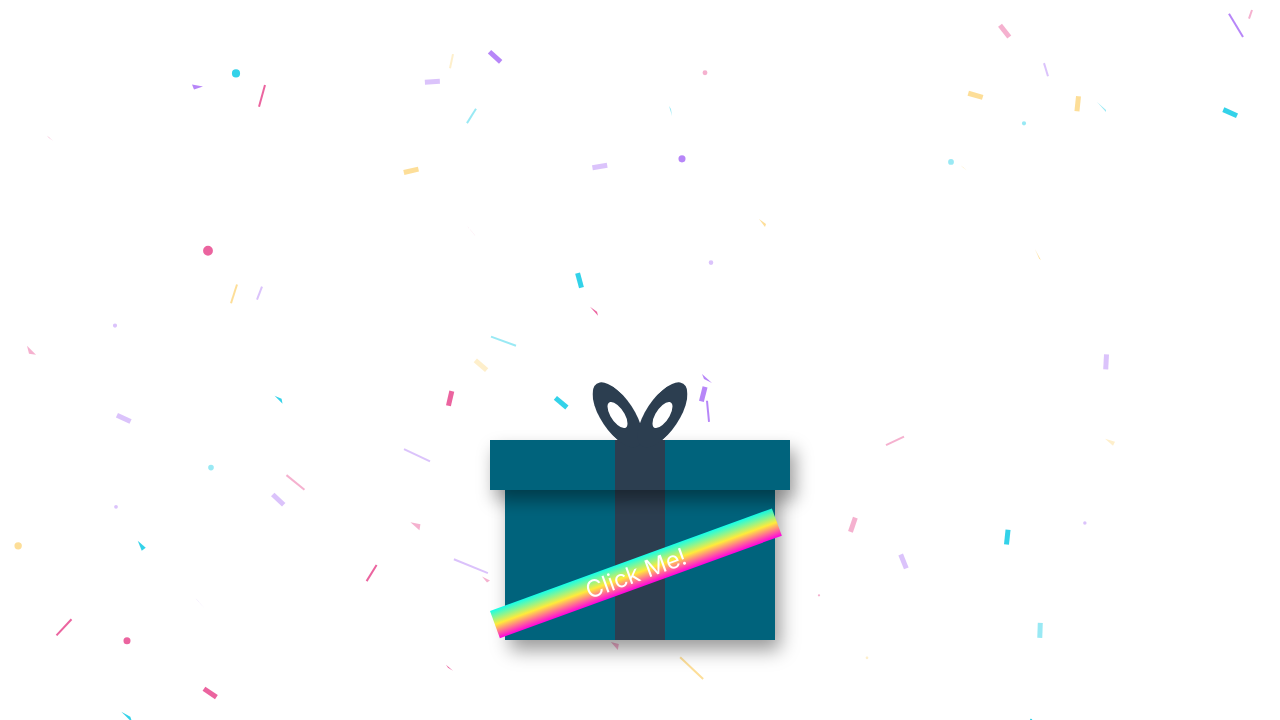
Repository: trongnghia161001/birth_day
Page: index.html
These files come from the project's save history. The page is drawn as it stood at one moment and after the next save; the edit follows.
The browser window is 1280 px wide. The pictures show the whole page.

Above is the page before, as saved 2022-11-14 22:06:15.

### index.html
<!DOCTYPE html>
<html>

<head>
  <meta charset="utf-8" />
  <meta name="viewport" content="width=device-width" />
  <title>Happy Birthday!</title>

  <link rel="stylesheet" href="styles/flexbox-center-container.css" media="all">
  <link rel="stylesheet" href="styles/system-fonts.css" media="all">
  <link rel="stylesheet" href="styles/style.css" media="all">
</head>

<body>
  <canvas id=c></canvas>
  <canvas id="confetti"></canvas>
  <div class="container" id="count">
    <h1 id="head">Countdown to your birthday:</h1>
    <ul>
      <li><span id="day"></span>days</li>
      <li><span id="hour"></span>hours</li>
      <li><span id="minute"></span>minutes</li>
      <li><span id="second"></span>seconds</li>
    </ul>
  </div>
  <div id="merrywrap" class="merrywrap">
    <canvas id="snowfall"></canvas>
    <div class="giftbox">
      <div class="cover">
        <div></div>
      </div>
      <div class="box"></div>
    </div>
</body>
<script src="scripts/confetti.min.js" charset="utf-8"></script>
<script src="scripts/index.js" charset="utf-8"></script>

</html>

### styles/style.css
* {
  box-sizing: border-box;
  margin: 0;
  padding: 0;
}
canvas {
  position: absolute;
  top: 0;
  left: 0;
}
body {
  background: #ffffff;
  overflow: hidden;
}
.container {
  color: rgba(55, 59, 65, 0.8);
  font-family: Helvetica, sans-serif;
  font-weight: lighter;
  text-align: center;
}

h1 {
  font-weight: normal;
}
li {
  display: inline-block;
  font-size: 1.5em;
  list-style-type: none;
  padding: 1em;
  text-transform: uppercase;
}
li span {
  display: block;
  font-size: 4.5rem;
}
.merrywrap {
  position: absolute;
  right: 40px;
  left: 40px;
  bottom: 80px;
  top: 40px;
}
.giftbox {
  position: absolute;
  width: 300px;
  height: 200px;
  left: 50%;
  margin-left: -150px;
  bottom: 0;
  z-index: 10;
}


.giftbox > div {
  background: rgb(0, 99, 124);
  position: absolute;
  box-shadow: 5px 10px 18px rgba(0, 0, 0, 0.4);
}

.giftbox:hover > div {
  box-shadow: none;
  transition: 1s all;
}

.giftbox > div:after, .giftbox > div:before {
  position: absolute;
  content: "";
  top: 0;
}
.giftbox:after {
  position: absolute;
  color: #fff;
  width: 100%;
  content: "Click Me!";
  left: 0;
  bottom: 0;
  font-size: 24px;
  text-align: center;
  transform: rotate(-20deg);
  transform-origin: 0 0;
  background: linear-gradient(#14ffe9, #ffeb3b, #ff00e0);
}
.giftbox .cover {
  width: 100%;
  top: 0;
  left: 0;
  height: 25%;
  z-index: 2;
}
.giftbox .cover:before {
  position: absolute;
  height: 100%;
  left: 50%;
  width: 50px;
  transform: translateX(-50%);
  background: #2C3E50;
}
.giftbox .cover > div {
  position: absolute;
  width: 50px;
  height: 50px;
  left: 50%;
  top: -50px;
  transform: translateX(-50%);
}
.giftbox .cover > div:before, .giftbox .cover > div:after {
  position: absolute;
  left: 0;
  top: 0;
  width: 100%;
  height: 100%;
  content: "";
  box-shadow: inset 0 0 0 15px #2C3E50;
  border-radius: 30px;
  transform-origin: 50% 100%;
}
.giftbox .cover > div:before {
  transform: translateX(-45%) skewY(40deg);
}
.giftbox .cover > div:after {
  transform: translateX(45%) skewY(-40deg);
}
.giftbox .box {
  right: 5%;
  left: 5%;
  height: 80%;
  bottom: 0;
}
.giftbox .box:before {
  width: 50px;
  height: 100%;
  left: 50%;
  transform: translateX(-50%);
  background: #2C3E50;
}
.giftbox .box:after {
  width: 100%;
  height: 30px;
  background: rgba(0, 0, 0, 0);
}
.step-1 .giftbox {
  animation: wobble 0.5s linear infinite forwards;
}
.step-1 .cover {
  animation: wobble 0.5s linear infinite 5s forwards;
}
.step-1 .icons .row span {
  opacity: 1;
}
.step-2 .giftbox:after {
  opacity: 0;
}
.step-3 .giftbox, .step-4 .giftbox {
  opacity: 0;
  z-index: 1;
}
.step-3 .giftbox:after, .step-4 .giftbox:after {
  opacity: 0;
}
.step-2 .giftbox .cover {
  animation: flyUp 2s ease-in forwards;
}
.step-2 .giftbox .box {
  animation: flyDown 2s ease-in 0.05s forwards;
}
@keyframes wobble {
  25% {
      transform: rotate(4deg);
 }
  75% {
      transform: rotate(-2deg);
 }
}
@keyframes flyUp {
  75% {
      opacity: 1;
 }
  100% {
      transform: translateY(-1000px) rotate(20deg);
      opacity: 0;
 }
}
@keyframes flyDown {
  75% {
      opacity: 1;
 }
  100% {
      transform: translateY(100%);
      opacity: 0;
 }
}

### scripts/index.js
const count = document.getElementById('count');
const head = document.getElementById('head');
const giftbox = document.getElementById('merrywrap');
const canvasC = document.getElementById('c');

const config = {
  birthdate: 'Jan 29, 2020',
  name: 'Darlene'
};

function hideEverything() {
  head.style.display = 'none';
  count.style.display = 'none';
  giftbox.style.display = 'none';
  canvasC.style.display = 'none';
}

hideEverything();

const confettiSettings = { target: 'confetti' };
const confetti = new window.ConfettiGenerator(confettiSettings);
confetti.render();

const second = 1000,
  minute = second * 60,
  hour = minute * 60,
  day = hour * 24;

let countDown = new Date(`${config.birthdate} 00:00:00`).getTime();
x = setInterval(function() {
  let now = new Date().getTime(),
    distance = countDown - now;

  document.getElementById('day').innerText = Math.floor(distance / day);
  document.getElementById('hour').innerText = Math.floor(
    (distance % day) / hour
  );
  document.getElementById('minute').innerText = Math.floor(
    (distance % hour) / minute
  );
  document.getElementById('second').innerText = Math.floor(
    (distance % minute) / second
  );

  let w = (c.width = window.innerWidth),
    h = (c.height = window.innerHeight),
    ctx = c.getContext('2d'),
    hw = w / 2, // half-width
    hh = h / 2,
    opts = {
      strings: ['HAPPY', 'BIRTHDAY!', config.name],
      charSize: 30,
      charSpacing: 35,
      lineHeight: 40,

      cx: w / 2,
      cy: h / 2,

      fireworkPrevPoints: 10,
      fireworkBaseLineWidth: 5,
      fireworkAddedLineWidth: 8,
      fireworkSpawnTime: 200,
      fireworkBaseReachTime: 30,
      fireworkAddedReachTime: 30,
      fireworkCircleBaseSize: 20,
      fireworkCircleAddedSize: 10,
      fireworkCircleBaseTime: 30,
      fireworkCircleAddedTime: 30,
      fireworkCircleFadeBaseTime: 10,
      fireworkCircleFadeAddedTime: 5,
      fireworkBaseShards: 5,
      fireworkAddedShards: 5,
      fireworkShardPrevPoints: 3,
      fireworkShardBaseVel: 4,
      fireworkShardAddedVel: 2,
      fireworkShardBaseSize: 3,
      fireworkShardAddedSize: 3,
      gravity: 0.1,
      upFlow: -0.1,
      letterContemplatingWaitTime: 360,
      balloonSpawnTime: 20,
      balloonBaseInflateTime: 10,
      balloonAddedInflateTime: 10,
      balloonBaseSize: 20,
      balloonAddedSize: 20,
      balloonBaseVel: 0.4,
      balloonAddedVel: 0.4,
      balloonBaseRadian: -(Math.PI / 2 - 0.5),
      balloonAddedRadian: -1
    },
    calc = {
      totalWidth:
        opts.charSpacing *
        Math.max(opts.strings[0].length, opts.strings[1].length)
    },
    Tau = Math.PI * 2,
    TauQuarter = Tau / 4,
    letters = [];

  ctx.font = opts.charSize + 'px Verdana';

  function Letter(char, x, y) {
    this.char = char;
    this.x = x;
    this.y = y;

    this.dx = -ctx.measureText(char).width / 2;
    this.dy = +opts.charSize / 2;

    this.fireworkDy = this.y - hh;

    let hue = (x / calc.totalWidth) * 360;

    this.color = 'hsl(hue,80%,50%)'.replace('hue', hue);
    this.lightAlphaColor = 'hsla(hue,80%,light%,alp)'.replace('hue', hue);
    this.lightColor = 'hsl(hue,80%,light%)'.replace('hue', hue);
    this.alphaColor = 'hsla(hue,80%,50%,alp)'.replace('hue', hue);

    this.reset();
  }
  Letter.prototype.reset = function() {
    this.phase = 'firework';
    this.tick = 0;
    this.spawned = false;
    this.spawningTime = (opts.fireworkSpawnTime * Math.random()) | 0;
    this.reachTime =
      (opts.fireworkBaseReachTime +
        opts.fireworkAddedReachTime * Math.random()) |
      0;
    this.lineWidth =
      opts.fireworkBaseLineWidth + opts.fireworkAddedLineWidth * Math.random();
    this.prevPoints = [[0, hh, 0]];
  };
  Letter.prototype.step = function() {
    if (this.phase === 'firework') {
      if (!this.spawned) {
        ++this.tick;
        if (this.tick >= this.spawningTime) {
          this.tick = 0;
          this.spawned = true;
        }
      } else {
        ++this.tick;

        let linearProportion = this.tick / this.reachTime,
          armonicProportion = Math.sin(linearProportion * TauQuarter),
          x = linearProportion * this.x,
          y = hh + armonicProportion * this.fireworkDy;

        if (this.prevPoints.length > opts.fireworkPrevPoints)
          this.prevPoints.shift();

        this.prevPoints.push([x, y, linearProportion * this.lineWidth]);

        let lineWidthProportion = 1 / (this.prevPoints.length - 1);

        for (let i = 1; i < this.prevPoints.length; ++i) {
          let point = this.prevPoints[i],
            point2 = this.prevPoints[i - 1];

          ctx.strokeStyle = this.alphaColor.replace(
            'alp',
            i / this.prevPoints.length
          );
          ctx.lineWidth = point[2] * lineWidthProportion * i;
          ctx.beginPath();
          ctx.moveTo(point[0], point[1]);
          ctx.lineTo(point2[0], point2[1]);
          ctx.stroke();
        }

        if (this.tick >= this.reachTime) {
          this.phase = 'contemplate';

          this.circleFinalSize =
            opts.fireworkCircleBaseSize +
            opts.fireworkCircleAddedSize * Math.random();
          this.circleCompleteTime =
            (opts.fireworkCircleBaseTime +
              opts.fireworkCircleAddedTime * Math.random()) |
            0;
          this.circleCreating = true;
          this.circleFading = false;

          this.circleFadeTime =
            (opts.fireworkCircleFadeBaseTime +
              opts.fireworkCircleFadeAddedTime * Math.random()) |
            0;
          this.tick = 0;
          this.tick2 = 0;

          this.shards = [];

          let shardCount =
              (opts.fireworkBaseShards +
                opts.fireworkAddedShards * Math.random()) |
              0,
            angle = Tau / shardCount,
            cos = Math.cos(angle),
            sin = Math.sin(angle),
            x = 1,
            y = 0;

          for (let i = 0; i < shardCount; ++i) {
            let x1 = x;
            x = x * cos - y * sin;
            y = y * cos + x1 * sin;

            this.shards.push(new Shard(this.x, this.y, x, y, this.alphaColor));
          }
        }
      }
    } else if (this.phase === 'contemplate') {
      ++this.tick;

      if (this.circleCreating) {
        ++this.tick2;
        let proportion = this.tick2 / this.circleCompleteTime,
          armonic = -Math.cos(proportion * Math.PI) / 2 + 0.5;

        ctx.beginPath();
        ctx.fillStyle = this.lightAlphaColor
          .replace('light', 50 + 50 * proportion)
          .replace('alp', proportion);
        ctx.beginPath();
        ctx.arc(this.x, this.y, armonic * this.circleFinalSize, 0, Tau);
        ctx.fill();

        if (this.tick2 > this.circleCompleteTime) {
          this.tick2 = 0;
          this.circleCreating = false;
          this.circleFading = true;
        }
      } else if (this.circleFading) {
        ctx.fillStyle = this.lightColor.replace('light', 70);
        ctx.fillText(this.char, this.x + this.dx, this.y + this.dy);

        ++this.tick2;
        let proportion = this.tick2 / this.circleFadeTime,
          armonic = -Math.cos(proportion * Math.PI) / 2 + 0.5;

        ctx.beginPath();
        ctx.fillStyle = this.lightAlphaColor
          .replace('light', 100)
          .replace('alp', 1 - armonic);
        ctx.arc(this.x, this.y, this.circleFinalSize, 0, Tau);
        ctx.fill();

        if (this.tick2 >= this.circleFadeTime) this.circleFading = false;
      } else {
        ctx.fillStyle = this.lightColor.replace('light', 70);
        ctx.fillText(this.char, this.x + this.dx, this.y + this.dy);
      }

      for (let i = 0; i < this.shards.length; ++i) {
        this.shards[i].step();

        if (!this.shards[i].alive) {
          this.shards.splice(i, 1);
          --i;
        }
      }

      if (this.tick > opts.letterContemplatingWaitTime) {
        this.phase = 'balloon';

        this.tick = 0;
        this.spawning = true;
        this.spawnTime = (opts.balloonSpawnTime * Math.random()) | 0;
        this.inflating = false;
        this.inflateTime =
          (opts.balloonBaseInflateTime +
            opts.balloonAddedInflateTime * Math.random()) |
          0;
        this.size =
          (opts.balloonBaseSize + opts.balloonAddedSize * Math.random()) | 0;

        let rad =
            opts.balloonBaseRadian + opts.balloonAddedRadian * Math.random(),
          vel = opts.balloonBaseVel + opts.balloonAddedVel * Math.random();

        this.vx = Math.cos(rad) * vel;
        this.vy = Math.sin(rad) * vel;
      }
    } else if (this.phase === 'balloon') {
      ctx.strokeStyle = this.lightColor.replace('light', 80);

      if (this.spawning) {
        ++this.tick;
        ctx.fillStyle = this.lightColor.replace('light', 70);
        ctx.fillText(this.char, this.x + this.dx, this.y + this.dy);

        if (this.tick >= this.spawnTime) {
          this.tick = 0;
          this.spawning = false;
          this.inflating = true;
        }
      } else if (this.inflating) {
        ++this.tick;

        let proportion = this.tick / this.inflateTime,
          x = (this.cx = this.x),
          y = (this.cy = this.y - this.size * proportion);

        ctx.fillStyle = this.alphaColor.replace('alp', proportion);
        ctx.beginPath();
        generateBalloonPath(x, y, this.size * proportion);
        ctx.fill();

        ctx.beginPath();
        ctx.moveTo(x, y);
        ctx.lineTo(x, this.y);
        ctx.stroke();

        ctx.fillStyle = this.lightColor.replace('light', 70);
        ctx.fillText(this.char, this.x + this.dx, this.y + this.dy);

        if (this.tick >= this.inflateTime) {
          this.tick = 0;
          this.inflating = false;
        }
      } else {
        this.cx += this.vx;
        this.cy += this.vy += opts.upFlow;

        ctx.fillStyle = this.color;
        ctx.beginPath();
        generateBalloonPath(this.cx, this.cy, this.size);
        ctx.fill();

        ctx.beginPath();
        ctx.moveTo(this.cx, this.cy);
        ctx.lineTo(this.cx, this.cy + this.size);
        ctx.stroke();

        ctx.fillStyle = this.lightColor.replace('light', 70);
        ctx.fillText(
          this.char,
          this.cx + this.dx,
          this.cy + this.dy + this.size
        );

        if (this.cy + this.size < -hh || this.cx < -hw || this.cy > hw)
          this.phase = 'done';
      }
    }
  };

  function Shard(x, y, vx, vy, color) {
    let vel =
      opts.fireworkShardBaseVel + opts.fireworkShardAddedVel * Math.random();

    this.vx = vx * vel;
    this.vy = vy * vel;

    this.x = x;
    this.y = y;

    this.prevPoints = [[x, y]];
    this.color = color;

    this.alive = true;

    this.size =
      opts.fireworkShardBaseSize + opts.fireworkShardAddedSize * Math.random();
  }
  Shard.prototype.step = function() {
    this.x += this.vx;
    this.y += this.vy += opts.gravity;

    if (this.prevPoints.length > opts.fireworkShardPrevPoints)
      this.prevPoints.shift();

    this.prevPoints.push([this.x, this.y]);

    let lineWidthProportion = this.size / this.prevPoints.length;

    for (let k = 0; k < this.prevPoints.length - 1; ++k) {
      let point = this.prevPoints[k],
        point2 = this.prevPoints[k + 1];

      ctx.strokeStyle = this.color.replace('alp', k / this.prevPoints.length);
      ctx.lineWidth = k * lineWidthProportion;
      ctx.beginPath();
      ctx.moveTo(point[0], point[1]);
      ctx.lineTo(point2[0], point2[1]);
      ctx.stroke();
    }

    if (this.prevPoints[0][1] > hh) this.alive = false;
  };

  function generateBalloonPath(x, y, size) {
    ctx.moveTo(x, y);
    ctx.bezierCurveTo(
      x - size / 2,
      y - size / 2,
      x - size / 4,
      y - size,
      x,
      y - size
    );
    ctx.bezierCurveTo(x + size / 4, y - size, x + size / 2, y - size / 2, x, y);
  }

  function anim() {
    window.requestAnimationFrame(anim);

    ctx.fillStyle = '#fff';
    ctx.fillRect(0, 0, w, h);

    ctx.translate(hw, hh);

    let done = true;
    for (let l = 0; l < letters.length; ++l) {
      letters[l].step();
      if (letters[l].phase !== 'done') done = false;
    }

    ctx.translate(-hw, -hh);

    if (done) for (let l = 0; l < letters.length; ++l) letters[l].reset();
  }

  for (let i = 0; i < opts.strings.length; ++i) {
    for (let j = 0; j < opts.strings[i].length; ++j) {
      letters.push(
        new Letter(
          opts.strings[i][j],
          j * opts.charSpacing +
            opts.charSpacing / 2 -
            (opts.strings[i].length * opts.charSize) / 2,
          i * opts.lineHeight +
            opts.lineHeight / 2 -
            (opts.strings.length * opts.lineHeight) / 2
        )
      );
    }
  }

  window.addEventListener('resize', function() {
    w = c.width = window.innerWidth;
    h = c.height = window.innerHeight;

    hw = w / 2;
    hh = h / 2;

    ctx.font = opts.charSize + 'px Verdana';
  });

  if (distance > 0) {
    head.style.display = 'initial';
    count.style.display = 'initial';
  } else {
    head.style.display = 'none';
    count.style.display = 'none';
    giftbox.style.display = 'initial';
    clearInterval(x);
    let merrywrap = document.getElementById('merrywrap');
    let box = merrywrap.getElementsByClassName('giftbox')[0];
    let step = 1;
    let stepMinutes = [2000, 2000, 1000, 1000];

    function init() {
      box.addEventListener('click', openBox, false);
      box.addEventListener('click', showfireworks, false);
    }

    function stepClass(step) {
      merrywrap.className = 'merrywrap';
      merrywrap.className = 'merrywrap step-' + step;
    }

    function openBox() {
      if (step === 1) {
        box.removeEventListener('click', openBox, false);
      }
      stepClass(step);
      if (step === 3) {
      }
      if (step === 4) {
        return;
      }
      setTimeout(openBox, stepMinutes[step - 1]);
      step++;
      //   setTimeout(anim, 1900);
    }

    function showfireworks() {
      canvasC.style.display = 'initial';
      setTimeout(anim, 1500);
    }

    init();
  }

  // if (distance < 0) {
  //     clearInterval(x);
  //     console.log("happy birthday");
  // }
}, second);

Loaded but not shown: styles/flexbox-center-container.css (common file); styles/system-fonts.css (common file); scripts/confetti.min.js (library)

After the next save:
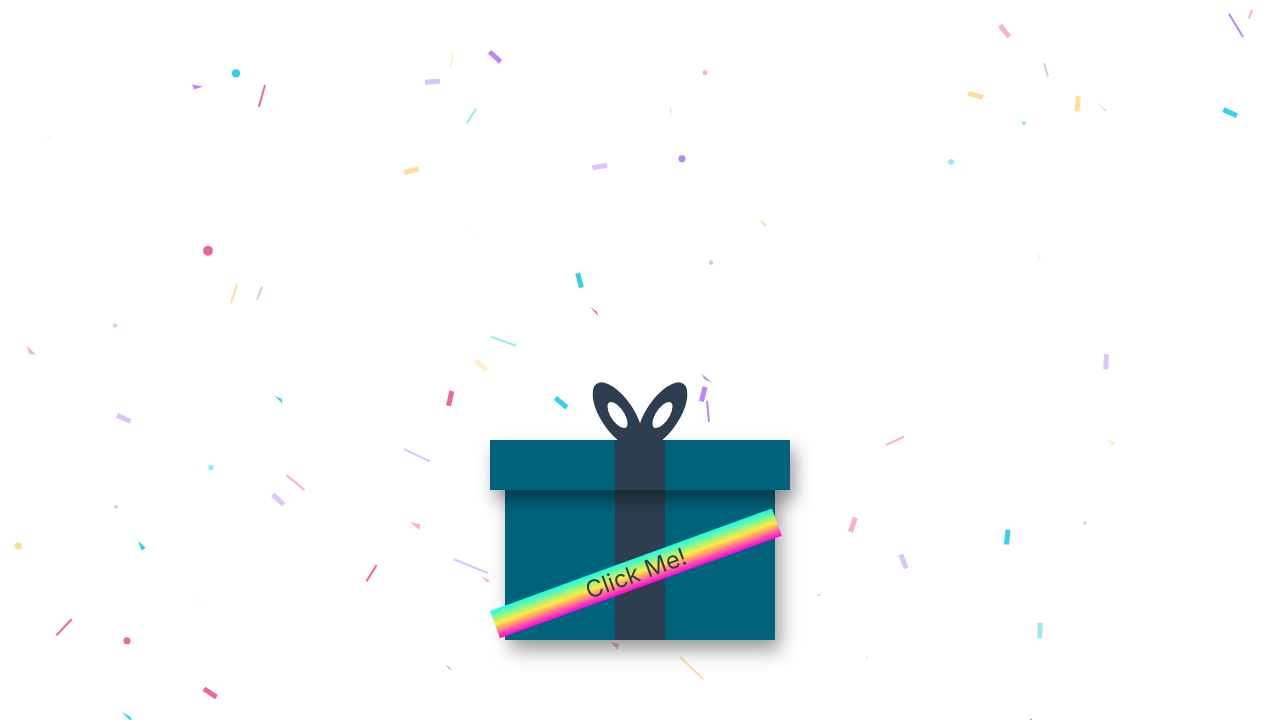
Saved 10 s later.
--- a/styles/style.css
+++ b/styles/style.css
@@ -69,7 +69,7 @@ li span {
 }
 .giftbox:after {
   position: absolute;
-  color: #fff;
+  color: #2C3E50;
   width: 100%;
   content: "Click Me!";
   left: 0;
